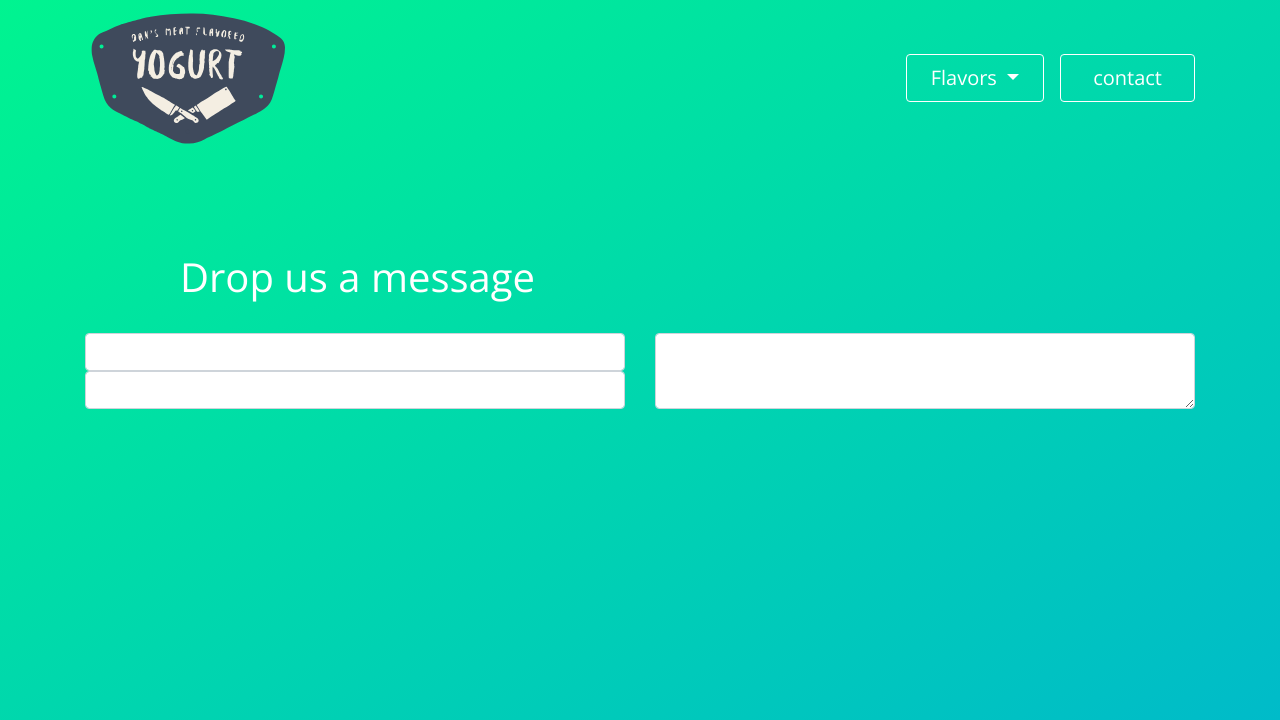
Repository: hoangnam180/Huyen
Page: Form.html
These files come from the project's save history. The page is drawn as it stood at one moment and after the next save; the edit follows.
The browser window is 1280 px wide. The pictures show the whole page.

Above is the page before, as saved 2021-12-03 18:52:47.
Not found: space.scss

After the next save:
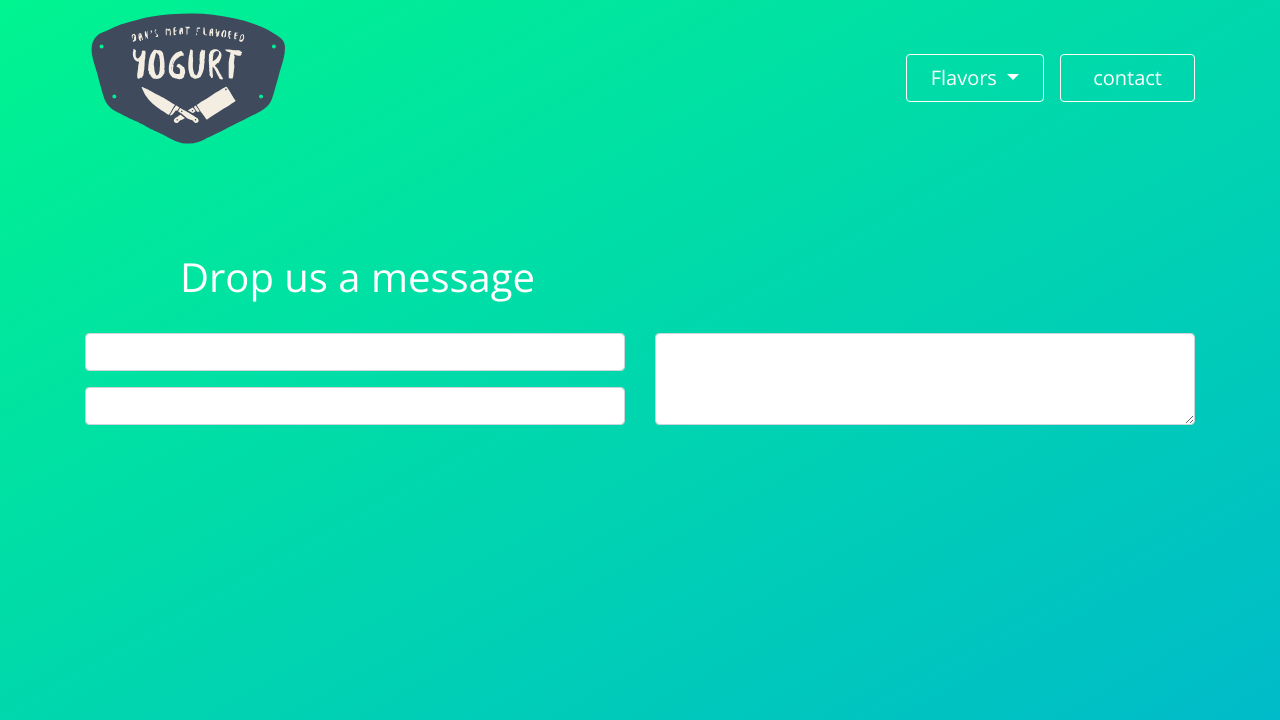
Saved 19 s later.
--- a/Form.html
+++ b/Form.html
@@ -63,7 +63,7 @@
                         <input 5 type="email" class="form-control" id="exampleInputEmail1">
                     </div>
                     <div class="col">
-                        <input type="text" id="" class="form-control" placeholder="">
+                        <input type="text" id="" class="form-control mt-3" placeholder="">
                     </div>
                 </div>
             </div>
